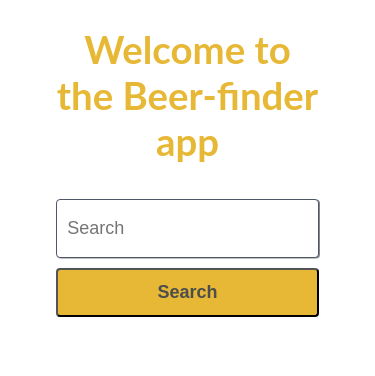
Repository: marcinszymaszek/beer-finder
Page: /
These files come from the project's save history. The page is drawn as it stood at one moment and after the next save; the edit follows.
The browser window is 375 px wide. The pictures show the whole page.
The project was rebuilt for these pictures with package versions that can differ from the ones it lists, and the page was loaded fresh each time.

Above is the page before, as saved 2020-05-10 20:37:58.

### public/index.html
<!DOCTYPE html>
<html lang="en">
  <head>
    <meta charset="utf-8" />
    <link rel="icon" href="%PUBLIC_URL%/favicon.ico" />
    <meta name="viewport" content="width=device-width, initial-scale=1" />
    <meta name="theme-color" content="#000000" />
    <meta
      name="description"
      content="Web site created using create-react-app"
    />
    <link rel="apple-touch-icon" href="%PUBLIC_URL%/logo192.png" />
    <!--
      manifest.json provides metadata used when your web app is installed on a
      user's mobile device or desktop. See https://developers.google.com/web/fundamentals/web-app-manifest/
    -->
    <link rel="manifest" href="%PUBLIC_URL%/manifest.json" />
    <!--
      Notice the use of %PUBLIC_URL% in the tags above.
      It will be replaced with the URL of the `public` folder during the build.
      Only files inside the `public` folder can be referenced from the HTML.

      Unlike "/favicon.ico" or "favicon.ico", "%PUBLIC_URL%/favicon.ico" will
      work correctly both with client-side routing and a non-root public URL.
      Learn how to configure a non-root public URL by running `npm run build`.
    -->
    <title>Beer-finder App</title>
  </head>
  <body>
    <noscript>You need to enable JavaScript to run this app.</noscript>
    <div id="root"></div>
    <!--
      This HTML file is a template.
      If you open it directly in the browser, you will see an empty page.

      You can add webfonts, meta tags, or analytics to this file.
      The build step will place the bundled scripts into the <body> tag.

      To begin the development, run `npm start` or `yarn start`.
      To create a production bundle, use `npm run build` or `yarn build`.
    -->
  </body>
</html>

### src/index.js
import React from 'react';
import ReactDOM from 'react-dom';
import './index.css';
import App from './components/main/App';
import * as serviceWorker from './serviceWorker';

ReactDOM.render(
  <React.StrictMode>
    <App />
  </React.StrictMode>,
  document.getElementById('root')
);

// If you want your app to work offline and load faster, you can change
// unregister() to register() below. Note this comes with some pitfalls.
// Learn more about service workers: https://bit.ly/CRA-PWA
serviceWorker.unregister();

### src/components/main/App.js
import React, { useState, useEffect } from 'react';
import './App.css';
import Search from '../search/Search'


const App = () => {

  return (
    <div className="main-container">
      <h1 className="app-title">Welcome to the Beer-finder app</h1>
      <Search />


    </div>
  );
}

export default App;

### src/components/main/App.css
.main-container {
  font-family: Lato, sans-serif;
  font-size: 1.5em;
  height: 100vh;
  line-height: 20px;
  font-size: 1.3rem;
  text-align: center;
  margin: 5% 20%;
  color: #e7b835;
}

.app-title{
  line-height: normal;
}

@media (max-width: 1199px)  {
  .main-container  {
    font-size: 1.2em;
  }
}

@media (max-width: 576px)  {
  .main-container  {
    height: auto;
    margin-bottom: 20%;
    margin-left: 15%;
    margin-right: 15%;
  }
}

### src/components/search/Search.js
import React, { useState, useEffect } from 'react';
import './Search.css';


const Search = () => {

    return (
        <div className="inline-container">
            <input name="text" type="text" placeholder="Search" />
            <button>Search</button>
        </div>
    )
}

export default Search;

### src/components/search/Search.css
.inline-container {
    display: flex;
    flex-flow: wrap;
    align-content: center;
    align-items: stretch;
    justify-content: space-around;
}

input {
    width: 100%;
    margin: 10px;
    padding: 18px 10px;
    border-radius: 4px;
    border: 1px solid #4e5766;
    box-shadow: 1px 0.5px #888888;
    font-size: 18px;
}

    button {
        padding: 12px 10px;
        width: 30%;
        border-radius: 4px;
        background-color: #e7b835;
        color: #4d4d4d;
        cursor: pointer;
        font-size: 18px;
        font-weight: 700;
    }


@media (max-width: 767px)  {
    .inline-container {
        justify-content: space-evenly;
    }
}

@media (max-width: 576px)  {
    input {
        width: 100%;
        margin: 10px 0px;
        padding: 18px 10px;
    }

    button {
        width: 100%;
    }
  }

Loaded but not shown: src/index.css (common file); src/serviceWorker.js (common file)

After the next save:
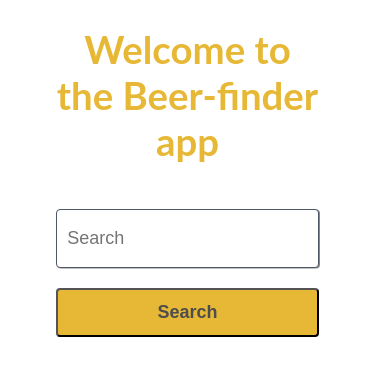
Saved 6 s later.
--- a/src/components/search/Search.css
+++ b/src/components/search/Search.css
@@ -37,7 +37,7 @@ input {
 @media (max-width: 576px)  {
     input {
         width: 100%;
-        margin: 10px 0px;
+        margin: 20px 0px;
         padding: 18px 10px;
     }
 
